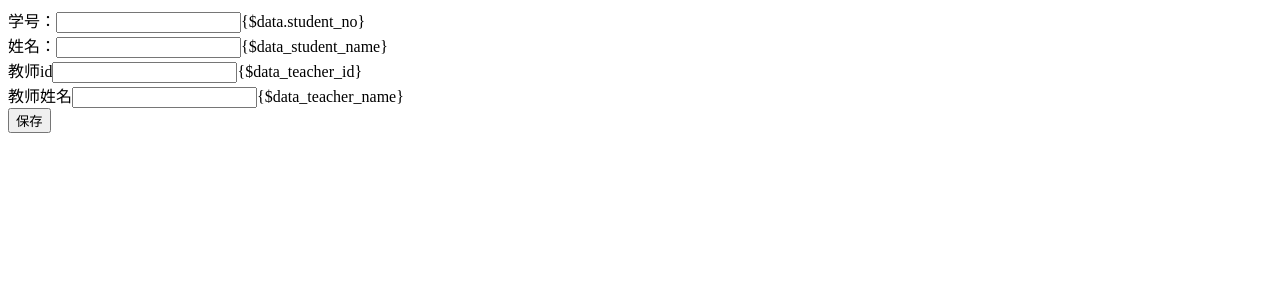
Repository: yonghuisu/THUVote
Page: LocalProject/Application/Home/View/Vote/edit.html
These files come from the project's save history. The page is drawn as it stood at one moment and after the next save; the edit follows.
The browser window is 1280 px wide. The pictures show the whole page.

Above is the page before, as saved 2014-04-14 11:07:40.

### LocalProject/Application/Home/View/Vote/edit.html
<FORM method="post" action="__URL__/update">
学号：<INPUT type="text" name="student_no">{$data.student_no}<br/>
姓名：<INPUT type="text" name="student_name">{$data_student_name}<br/>
教师id<INPUT type="text" name = "teacher_id">{$data_teacher_id}<br/>
教师姓名<INPUT type="text" name = "teacher_name">{$data_teacher_name}<br/>
 <INPUT type="submit" value="保存">
 </FORM>

After the next save:
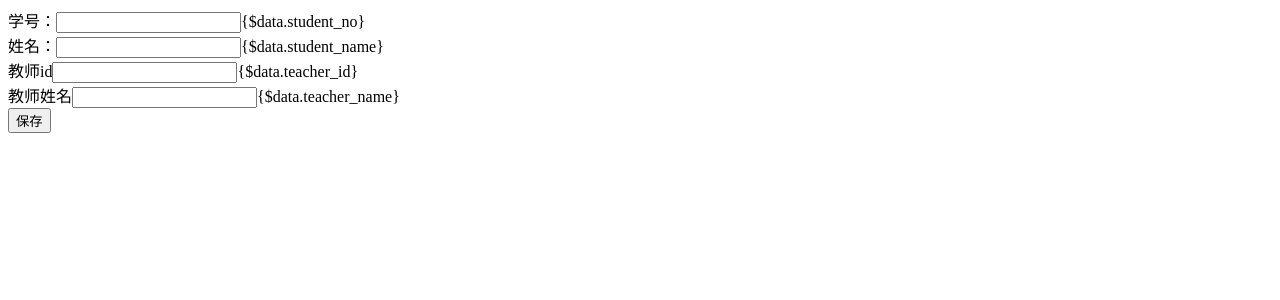
Saved 26 s later.
--- a/LocalProject/Application/Home/View/Vote/edit.html
+++ b/LocalProject/Application/Home/View/Vote/edit.html
@@ -1,7 +1,7 @@
 <FORM method="post" action="__URL__/update">
 学号：<INPUT type="text" name="student_no">{$data.student_no}<br/>
-姓名：<INPUT type="text" name="student_name">{$data_student_name}<br/>
-教师id<INPUT type="text" name = "teacher_id">{$data_teacher_id}<br/>
-教师姓名<INPUT type="text" name = "teacher_name">{$data_teacher_name}<br/>
+姓名：<INPUT type="text" name="student_name">{$data.student_name}<br/>
+教师id<INPUT type="text" name = "teacher_id">{$data.teacher_id}<br/>
+教师姓名<INPUT type="text" name = "teacher_name">{$data.teacher_name}<br/>
  <INPUT type="submit" value="保存">
  </FORM>
